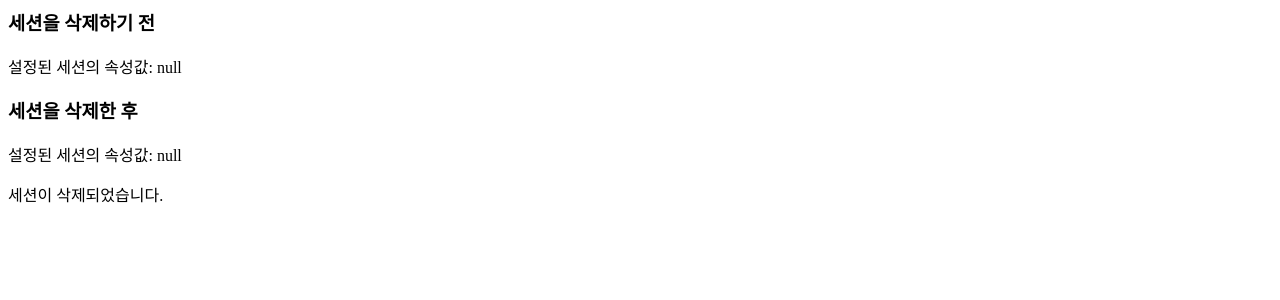
Repository: kiyongee2/kh-jsp
Page: http://localhost/jwbook/session/session3.jsp
An editor plug-in stored every save of this project. The page is shown before and after the next save, followed by the edit.
The browser window is 1280 px wide. The pictures show the whole page.
The page is served by Tomcat 9. Other server files are loaded and not shown.

Above is the page before, as saved 2023-11-21 21:28:03.

### jwbook/src/main/webapp/session/session3.jsp
<%@ page language="java" contentType="text/html; charset=UTF-8"
    pageEncoding="UTF-8"%>
<h3>세션을 삭제하기 전</h3>
<%
	String id = (String)session.getAttribute("userID");

    out.println("설정된 세션의 속성값: " + id + "<br>");
%>
<h3>세션을 삭제한 후</h3>
<%
	//세션 정보 얻기
	id = (String)session.getAttribute("userID");

    session.invalidate();

    out.println("설정된 세션의 속성값: " + id + "<br>");
%>
<p>세션이 삭제되었습니다.</p>

After the next save:
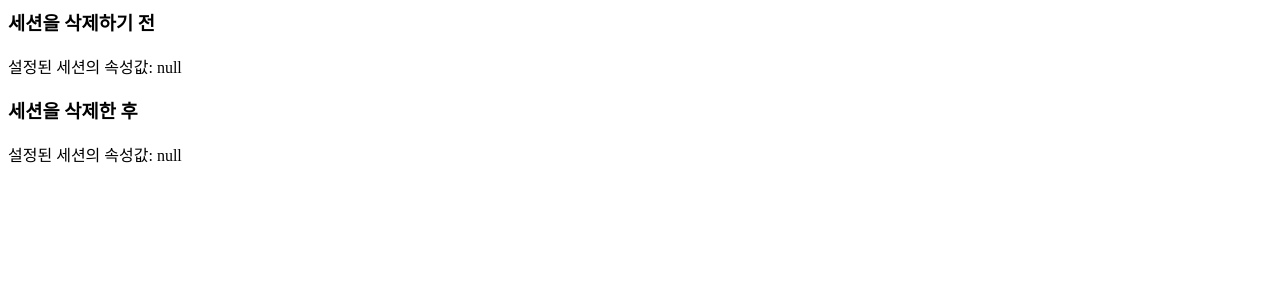
Saved 2 min 56 s later.
--- a/jwbook/src/main/webapp/session/session3.jsp
+++ b/jwbook/src/main/webapp/session/session3.jsp
@@ -15,4 +15,3 @@
 
     out.println("설정된 세션의 속성값: " + id + "<br>");
 %>
-<p>세션이 삭제되었습니다.</p>
